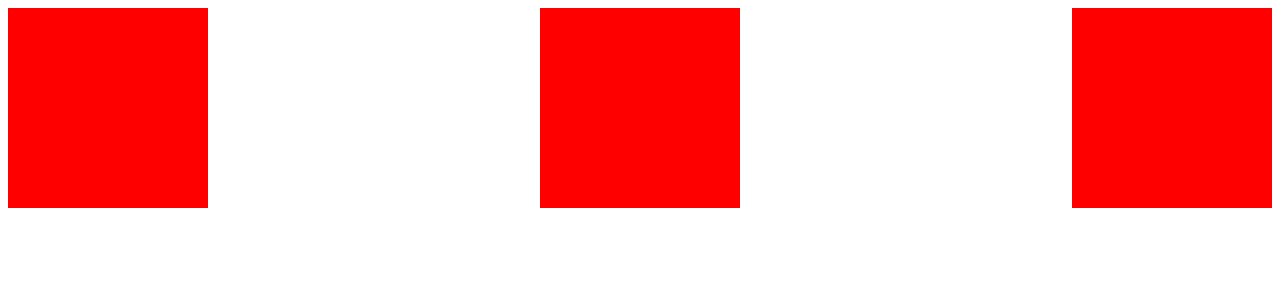
Repository: wonjunknag/kakao-clone
Page: 05-flex/index.html
These files come from the project's save history. The page is drawn as it stood at one moment and after the next save; the edit follows.
The browser window is 1280 px wide. The pictures show the whole page.

Above is the page before, as saved 2020-07-05 07:37:33.

After the next save:
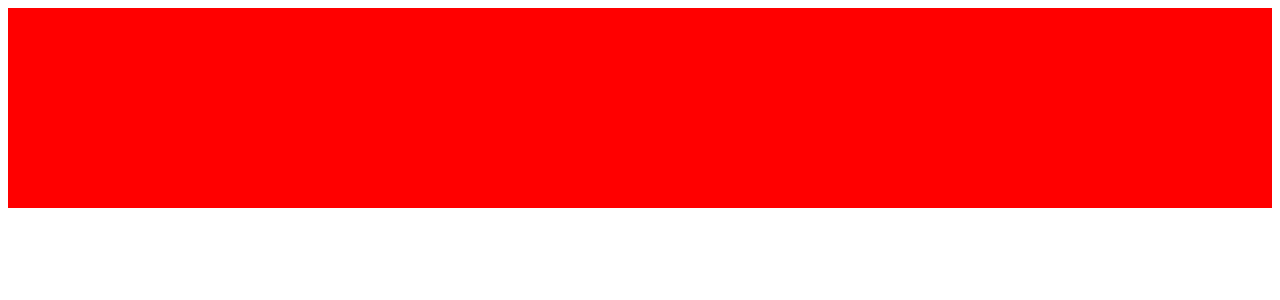
Saved 12 s later.
--- a/05-flex/index.html
+++ b/05-flex/index.html
@@ -25,6 +25,12 @@
       <div class="box"></div>
       <div class="box"></div>
       <div class="box"></div>
+      <div class="box"></div>
+      <div class="box"></div>
+      <div class="box"></div>
+      <div class="box"></div>
+      <div class="box"></div>
+      <div class="box"></div>
     </div>
   </body>
 </html>
